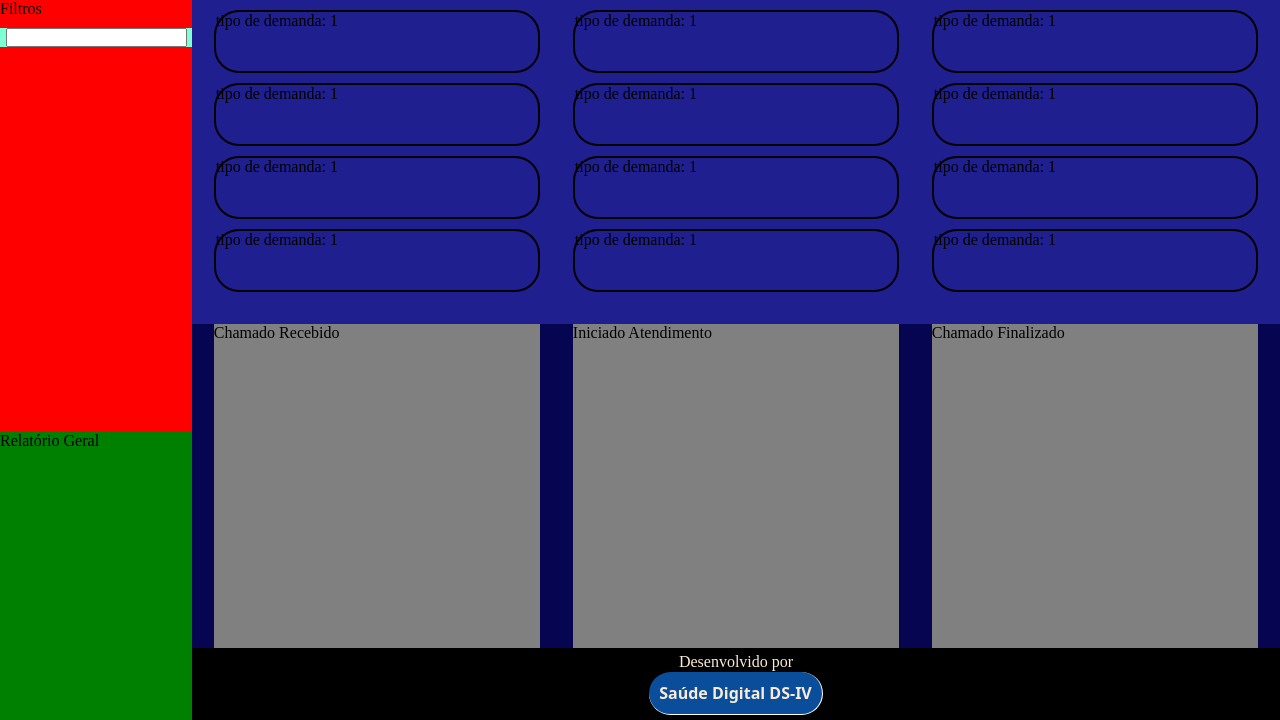
Repository: br-on/ddaf-chamados
Page: index.html
The author's editor kept a copy of each file at every save. The page is drawn from the files as they stood at one save, then again after the next save.
The browser window is 1280 px wide. The pictures show the whole page.

Above is the page before, as saved 2025-01-19 20:57:53.

After the next save:
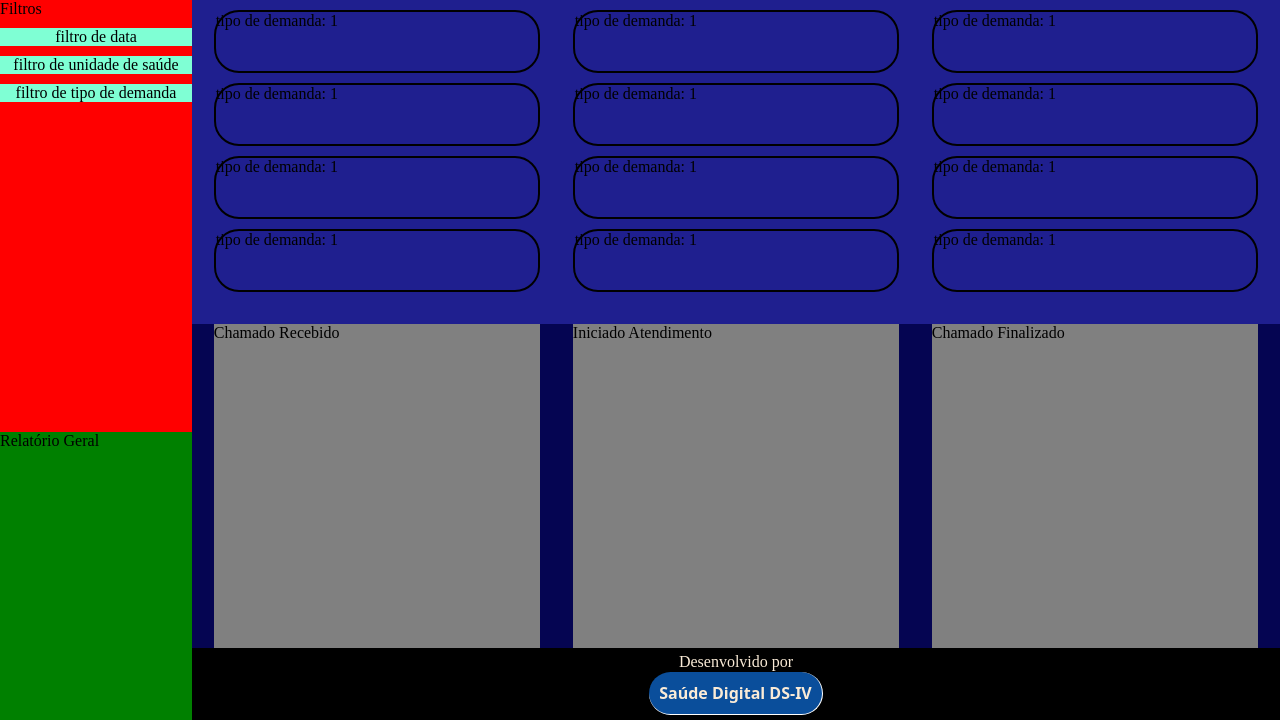
Saved 37 s later.
--- a/index.html
+++ b/index.html
@@ -10,10 +10,14 @@
     <header>
         <section class="filtros">Filtros
             <div class="opcao-filtro">
-                <input type="data">
+                filtro de data
             </div>
-            <div class="opcao-filtro"></div>
-            <div class="opcao-filtro"></div>
+            <div class="opcao-filtro">
+                filtro de unidade de saúde
+            </div>
+            <div class="opcao-filtro">
+                filtro de tipo de demanda
+            </div>
         </section>
         <section class="percentual">Relatório Geral</section>
     </header>
